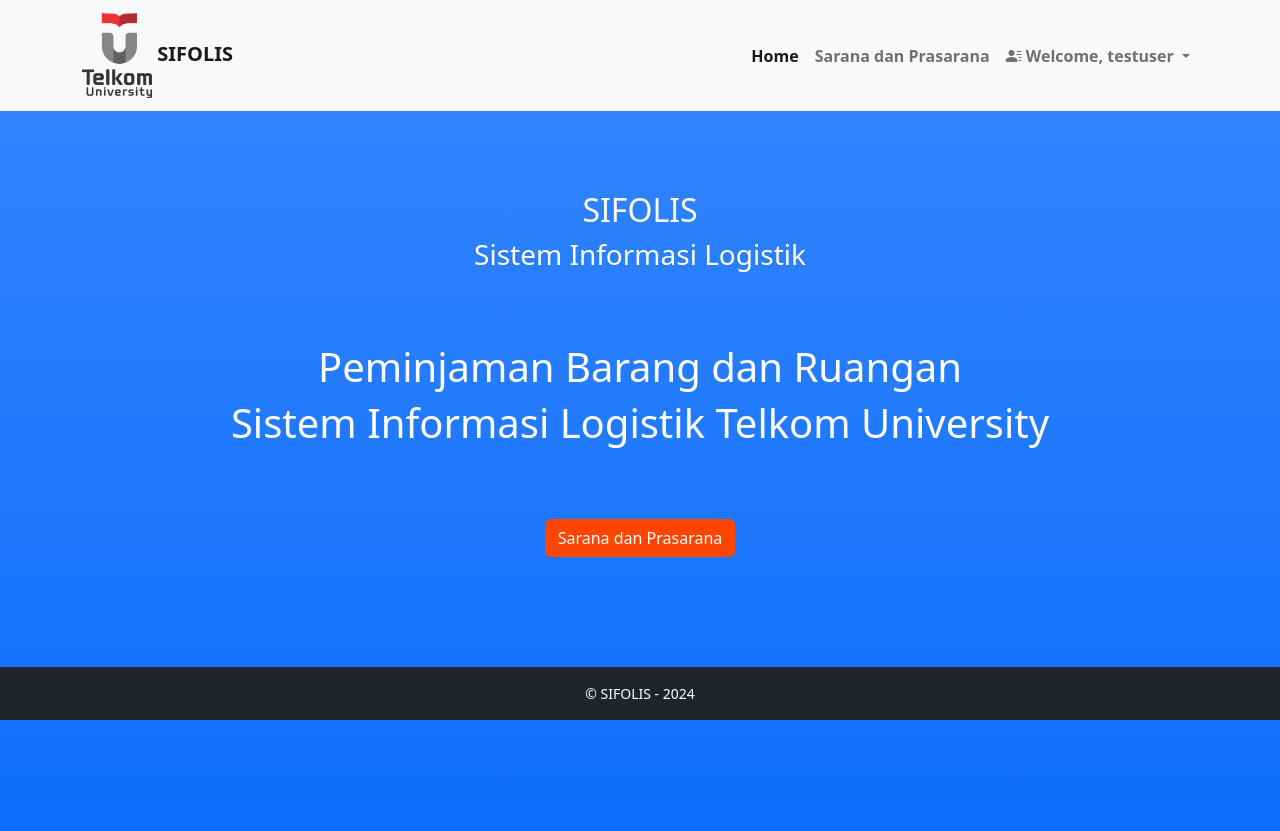
Repository: Audi87/uas_framework
Page: http://localhost/
An editor plug-in stored every save of this project. The page is shown before and after a run of saves, followed by the edit.
The browser window is 1280 px wide. The pictures show the whole page.
Some web libraries are served in a nearby version. The page is served by the project's Laravel application, run on PHP 8.4 with Laravel 10. A made-up administrator, Test User (test@example.com), is signed in. Other server files are loaded and not shown.

Above is the page before, as saved 2024-06-13 20:55:37.

### routes/web.php
<?php

use App\Http\Controllers\{
    BarangController, ContactController, CustumerController, DataPeminjamanController, HistoryController,
    Home, LoginController, PeminjamanController, ProfilController, RegistrasiController,
    SaranaDanPrasaranaController, AdminController
};
use Illuminate\Support\Facades\Route;


Route::get('/', [Home::class, 'index'])->middleware('auth');

Route::get('/login', [LoginController::class, 'index'])->name('login')->middleware('guest');
Route::post('/login', [LoginController::class, 'login']);
Route::post('/logout', [LoginController::class, 'logout']);

Route::get('/registrasi', [RegistrasiController::class, 'index'])->middleware('guest');
Route::post('/registrasi', [RegistrasiController::class, 'registrasi']);

Route::get('/dashboard', function() {
    return view('dashboard.index', ['title' => 'Dashboard Admin']);
})->middleware('admin');

Route::get('/profil/{user:id}', [ProfilController::class, 'index'])->middleware('auth');

Route::get('/sarana dan prasarana', [SaranaDanPrasaranaController::class, 'index'])->middleware('auth');
Route::resource('/sarana-prasarana', BarangController::class)->middleware('admin');

Route::get('/peminjaman/{barang:id}', [PeminjamanController::class, 'index'])->middleware('auth');
Route::post('/peminjaman/{barang:id}', [PeminjamanController::class, 'peminjaman'])->middleware('auth');

Route::get('/history/{user:id}', [HistoryController::class, 'index'])->middleware('auth');

Route::get('/kembalikan/{id}', [PeminjamanController::class, 'kembalikan'])->middleware('auth');
Route::get('/detail-peminjaman/{id}', [PeminjamanController::class, 'detailPeminjaman'])->middleware('auth');

Route::get('/category/{id}', [SaranaDanPrasaranaController::class, 'category'])->middleware('auth');

Route::get('/custumer', [CustumerController::class, 'index'])->middleware('admin');
Route::get('/custumer/{user:id}', [CustumerController::class, 'detail'])->middleware('admin');

Route::get('/data-peminjaman', [DataPeminjamanController::class, 'index'])->middleware('admin');
Route::get('/data-peminjaman/{id}', [DataPeminjamanController::class, 'detail'])->middleware('admin');

Route::get('/contact', [ContactController::class, 'index'])->middleware('auth');

### app/Models/User.php
<?php

namespace App\Models;

// use Illuminate\Contracts\Auth\MustVerifyEmail;
use Illuminate\Database\Eloquent\Factories\HasFactory;
use Illuminate\Foundation\Auth\User as Authenticatable;
use Illuminate\Notifications\Notifiable;
use Laravel\Sanctum\HasApiTokens;

class User extends Authenticatable
{
    use HasApiTokens, HasFactory, Notifiable;

    /**
     * The attributes that are mass assignable.
     *
     * @var array<int, string>
     */
    // protected $fillable = [
    //     'name',
    //     'email',
    //     'password',
    // ];

    /**
     * The attributes that should be hidden for serialization.
     *
     * @var array<int, string>
     */
    protected $hidden = [
        'password',
        'remember_token',
    ];

    /**
     * The attributes that should be cast.
     *
     * @var array<string, string>
     */
    protected $casts = [
        'email_verified_at' => 'datetime',
    ];

    protected $guarded = ['id'];

    public function peminjaman(){
        return $this->belongsTo(Peminjaman::class);
    }
}

### app/Http/Controllers/Home.php
<?php

namespace App\Http\Controllers;

use Illuminate\Http\Request;

class Home extends Controller
{
    //function untuk menampilkan view home
    public function index(){
        return view('index', [
            'title' => 'Home'
        ]);
    }
}

### resources/views/index.blade.php
<!doctype html>
<html lang="en">

<head>
    <meta charset="utf-8">
    <meta name="viewport" content="width=device-width, initial-scale=1">
    <title>{{ $title }}</title>

    <link href="https://cdn.jsdelivr.net/npm/bootstrap@5.2.0/dist/css/bootstrap.min.css" rel="stylesheet"
        integrity="sha384-gH2yIJqKdNHPEq0n4Mqa/HGKIhSkIHeL5AyhkYV8i59U5AR6csBvApHHNl/vI1Bx" crossorigin="anonymous">

    {{-- Styel Css Home --}}
    <link rel="stylesheet" href="/css/style.css">

    {{-- Link Icons Bootstrap --}}
    <link rel="stylesheet" href="https://cdn.jsdelivr.net/npm/bootstrap-icons@1.9.1/font/bootstrap-icons.css">

    {{-- Link Animtion Aos --}}
    <link rel="stylesheet" href="https://unpkg.com/aos@next/dist/aos.css" />

</head>

<body>

    @include('navbar.navbar')

    <div class="container-fluid bg-primary bg-gradient" id="container-fluid">
        <div class="container1">

            <div class="row py-3 text-center">
                <div class="col-lg-4 offset-lg-4 col-md-6 offset-md-3 col-sm-8 offset-sm-2 col-12 mt-3">
                    @if (session()->has('success'))
                        {{-- Alert --}}
                        <div class="alert alert-success" role="alert">
                            <strong>{{ session('success') }}</strong>
                        </div>
                        {{-- End alert --}}
                    @endif
                </div>
            </div>

            <div class="row py-3 text-center text-white">
                <div class="col-lg-12 mt-3">
                    <h2>SIFOLIS</h2>
                    <h3>Sistem Informasi Logistik</h3>
                </div>
            </div>



            <div class="row text-white text-center d-flex justify-content-center mt-5">
                <div class="col-lg-8">
                    <h1>Peminjaman Barang dan Ruangan<h1>
                            <n>Sistem Informasi Logistik Telkom University
                        </h1>
                        </n>
                </div>
            </div>

            <div class="row py-3 text-center mt-5" data-aos="flip-left" data-aos-duration="2000">
                <div class="col-lg-12">
                    <a href="sarana dan prasarana" class="btn">Sarana dan Prasarana</a>
                </div>
            </div><br><br><br><br><br><br>

        </div>
    </div>

    @include('footer.footer')

    <script src="https://cdn.jsdelivr.net/npm/bootstrap@5.2.0/dist/js/bootstrap.bundle.min.js"
        integrity="sha384-A3rJD856KowSb7dwlZdYEkO39Gagi7vIsF0jrRAoQmDKKtQBHUuLZ9AsSv4jD4Xa" crossorigin="anonymous">
    </script>

    {{-- Link Jquery --}}
    <script src="js/jquery.js"></script>

    {{-- Link Script Js --}}
    <script src="js/script.js"></script>

    <script src="https://unpkg.com/aos@next/dist/aos.js"></script>
    <script>
        AOS.init();
    </script>

</body>

</html>

### resources/views/navbar/navbar.blade.php
{{-- Navbar --}}
<nav class="navbar navbar-expand-lg bg-light navbar-light">
    <div class="container">
        <a class="navbar-brand" href="/"><img src="img/logo.png" width="70" alt="" data-aos="flip-left"
                data-aos-duration="2000"> SIFOLIS </a>
        <button class="navbar-toggler" type="button" data-bs-toggle="collapse" data-bs-target="#navbarNav"
            aria-controls="navbarNav" aria-expanded="false" aria-label="Toggle navigation">
            <span class="navbar-toggler-icon"></span>
        </button>
        <div class="collapse navbar-collapse" id="navbarNav">
            <ul class="navbar-nav ms-auto">
                <li class="nav-item">
                    <a class="nav-link {{ Request::is('/') ? 'active' : '' }}" aria-current="page"
                        href="/">Home</a>
                </li>
                <li class="nav-item">
                    <a class="nav-link {{ Request::is('sarana dan prasarana') ? 'active' : '' }}" aria-current="page"
                        href="/sarana dan prasarana">Sarana dan Prasarana</a>
                </li>

                @auth
                    <li class="nav-item dropdown">
                        <a class="nav-link dropdown-toggle" href="#" role="button" data-bs-toggle="dropdown"
                            aria-expanded="false">
                            <i class="bi bi-person-lines-fill"></i> Welcome, {{ auth()->user()->username }}
                        </a>
                        <ul class="dropdown-menu">
                            @can('admin')
                                <li><a class="dropdown-item" href="/dashboard">Dashboard Admin</a></li>
                            @endcan
                            <li><a class="dropdown-item" href="/history/{{ auth()->user()->id }}">Peminjaman</a></li>
                            <li><a class="dropdown-item" href="/contact">Contact Us</a></li>
                            <li><a class="dropdown-item" href="/profil/{{ auth()->user()->id }}"><i
                                        class="bi bi-person-lines-fill"></i> My Profil</a></li>
                            <li>
                                <hr class="dropdown-divider">
                            </li>
                            {{-- Form Logout --}}
                            <form action="/logout" method="post">
                                @csrf
                                <button type="submit" class="dropdown-item"
                                    onclick="return confirm('sure want to go out?')"><i class="bi bi-box-arrow-in-left"></i>
                                    Logout</button>
                            </form>
                            {{-- End From --}}
                        </ul>
                    </li>
                @else
                    <li class="nav-item">
                        <a class="nav-link {{ Request::is('login') ? 'active' : '' }}" href="/login"><i
                                class="bi bi-box-arrow-in-right"></i> Login</a>
                    </li>
                @endauth

            </ul>
        </div>
    </div>
</nav>
{{-- End Navbar --}}

### resources/views/footer/footer.blade.php
<div class="container">
    <!-- Konten Halaman di sini -->
</div>
<div class="fixed-bottom">
<footer class="container-fluid bg-dark text-white text-center">
    <div class="container1">
        <div class="row">
            <div class="col-lg-12">
                <small><p class="mt-3">&copy; SIFOLIS - 2024</p></small>
            </div>
        </div>
    </div>
    </div>
</footer>

### public/css/style.css
html, body {
    height: 100%;
    margin: 0;
    background-image: url('/img/sekolah.jpg');
    background-size: cover;
    background-position: center;
    background-repeat: no-repeat;
}

.container-fluid {

    min-height: 100%; /* Pastikan kontainer memiliki tinggi minimal 100% dari tinggi viewport */
}

nav ul li {
    font-weight: bold;
}

nav a {
    font-weight: bold;
}

nav ul li:hover {
    background-color: orangered;

    border-radius: 17px;

}

nav {
    position: absolute;
    z-index: 1000;
}

.container {
    display: flex;
    justify-content: flex-end;
    margin-left: auto;
}

.icon-container {
    display: flex;
    gap: 10px; /* Optional: Adds space between the images */
    align-items: center; /* Optional: Aligns images vertically if they are of different sizes */
}

.full-height {
    min-height: 100vh; /* 100% dari tinggi viewport */
}

.btn {
    background:orangered;
    color: white;
}

### public/js/script.js
$(document).ready(function(){


    window.setTimeout(function(){
        $('.alert').fadeTo(300, 0).slideUp(300, function(){
            $(this).remove();
        });
    }, 4000);

    // Js Show password
    $('#flexCheckDefault').click(function(){
        if($(this).is(':checked')){
            $('#password').attr('type', 'text')
        }else{
            $('#password').attr('type', 'password')
        }
    });

});

Loaded but not shown: app/Http/Controllers/Controller.php (common file); public/js/jquery.js (library)

After the next 2 saves:
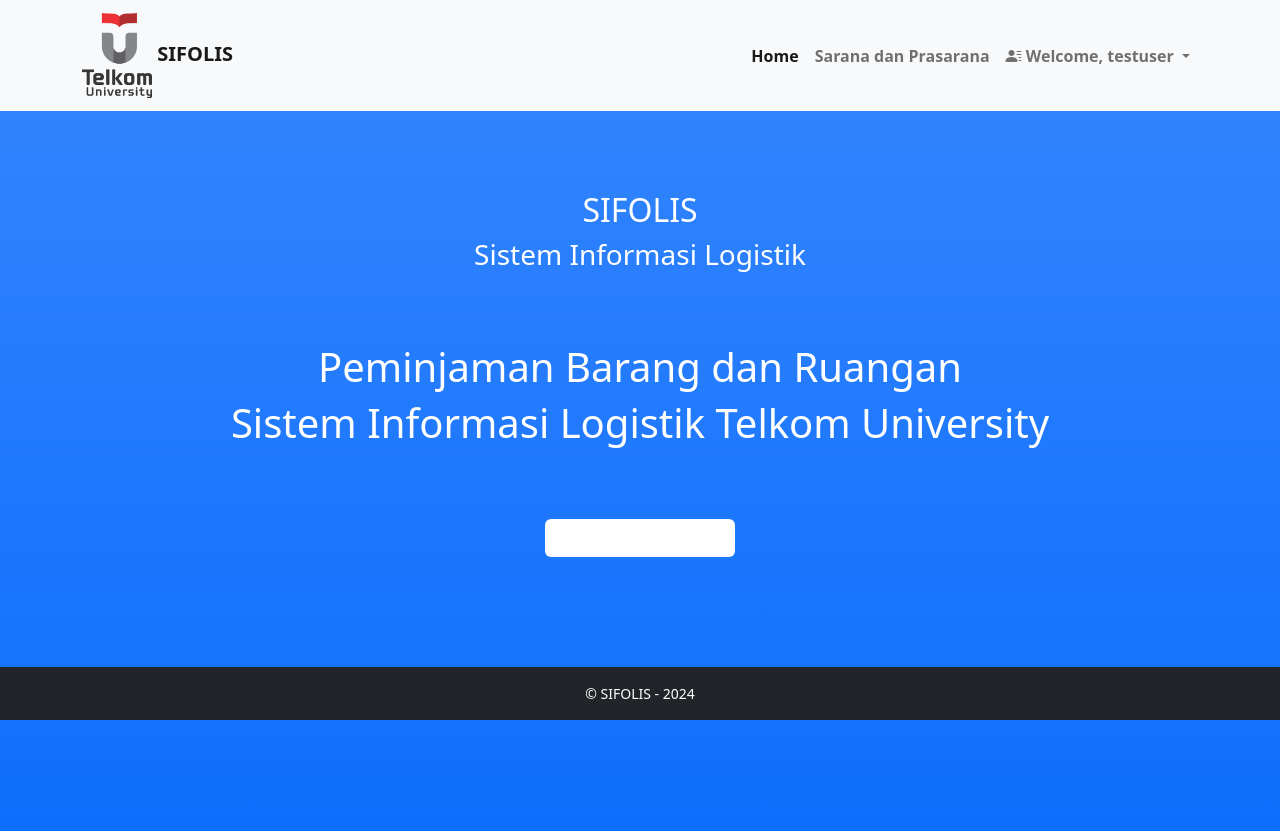
The 2 saves are shown as one change because they came seconds apart.
The last was saved 8 s later.
--- a/public/css/style.css
+++ b/public/css/style.css
@@ -49,6 +49,6 @@
 }
 
 .btn {
-    background:orangered;
+    background:white;
     color: white;
 }
